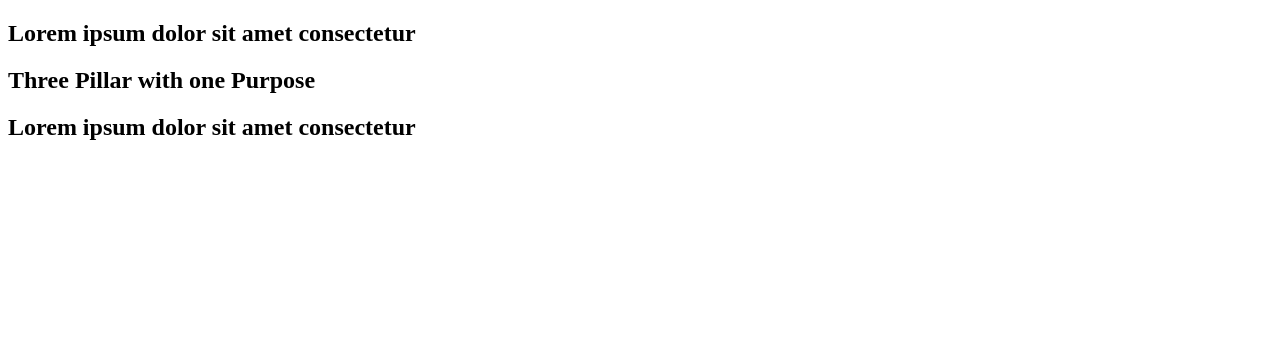
Repository: Ajeyinka/Split-card
Page: index.html
The author's editor kept a copy of each file at every save. The page is drawn from the files as they stood at one save, then again after the next save.
The browser window is 1280 px wide. The pictures show the whole page.

Above is the page before, as saved 2026-02-12 20:43:38.

### index.html
<!DOCTYPE html>
<html lang="en">
  <head>
    <meta charset="UTF-8" />
    <meta name="viewport" content="width=device-width, initial-scale=1.0" />
    <title>Document</title>
    <link rel="stylesheet" href="styles.css" />
    <script src="script.js" defer></script>
  </head>
  <body>
    <section class="intro">
      <h1>Lorem ipsum dolor sit amet consectetur</h1>
    </section>
    <section class="sticky">
      <div class="Sticky-header">
        <h1>Three Pillar with one Purpose</h1>
      </div>
      <div class="card-container">
        <div class="card" id="card-1"></div>
        <div class="card" id="card-2"></div>
        <div class="card" id="card-3"></div>
      </div>
    </section>
    <section class="outro">
      <h1>Lorem ipsum dolor sit amet consectetur</h1>
    </section>
  </body>
</html>

Loaded but not shown: styles.css (no stored copy; drawn as an empty file); script.js (no stored copy; drawn as an empty file)

After the next save:
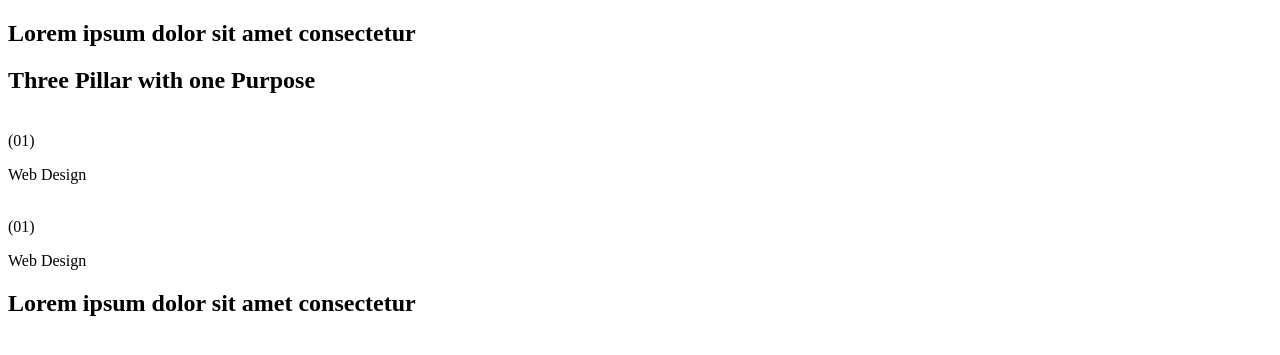
Saved 4 min 32 s later.
--- a/index.html
+++ b/index.html
@@ -16,8 +16,24 @@
         <h1>Three Pillar with one Purpose</h1>
       </div>
       <div class="card-container">
-        <div class="card" id="card-1"></div>
-        <div class="card" id="card-2"></div>
+        <div class="card" id="card-1">
+          <div class="card-front">
+            <img src="" alt="" />
+          </div>
+          <div class="card-back">
+            <span>(01)</span>
+            <p>Web Design</p>
+          </div>
+        </div>
+        <div class="card" id="card-2">
+          <div class="card-front">
+            <img src="" alt="" />
+          </div>
+          <div class="card-back">
+            <span>(01)</span>
+            <p>Web Design</p>
+          </div>
+        </div>
         <div class="card" id="card-3"></div>
       </div>
     </section>
